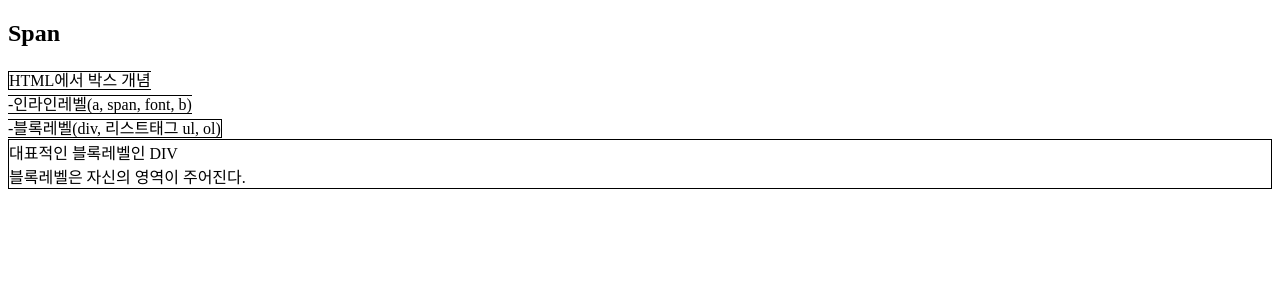
Repository: CHOKIHO/html
Page: work/0104/WebContent/ex1_박스개념.html
These files come from the project's save history. The page is drawn as it stood at one moment and after the next save; the edit follows.
The browser window is 1280 px wide. The pictures show the whole page.

Above is the page before, as saved 2017-01-04 02:54:21.

### work/0104/WebContent/ex1_박스개념.html
<!DOCTYPE html>
<html>
<head>
<meta charset="UTF-8">
<title>Insert title here</title>

<style type="text/css">

	span,div { border:1px solid black; }

</style>

</head>
<body>

	<h2>Span</h2>
	<span class="box">

		HTML에서 박스 개념<br/>
		-인라인레벨(a, span, font, b)<br/>
		-블록레벨(div, 리스트태그 ul, ol) <br/>

	</span>

	<div>
		대표적인 블록레벨인 DIV<br/>
		블록레벨은 자신의 영역이 주어진다.
	</div>

</body>
</html>

After the next save:
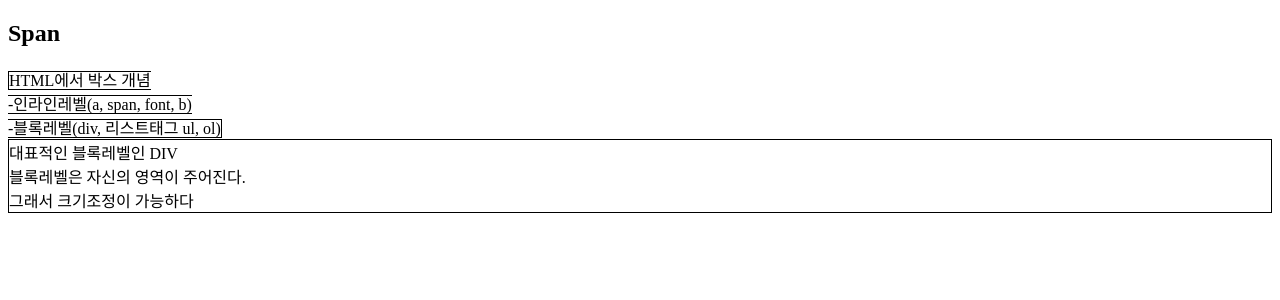
Saved 25 s later.
--- a/work/0104/WebContent/ex1_박스개념.html
+++ b/work/0104/WebContent/ex1_박스개념.html
@@ -24,7 +24,8 @@
 
 	<div>
 		대표적인 블록레벨인 DIV<br/>
-		블록레벨은 자신의 영역이 주어진다.
+		블록레벨은 자신의 영역이 주어진다.<br/>
+		그래서 크기조정이 가능하다
 	</div>
 
 </body>
